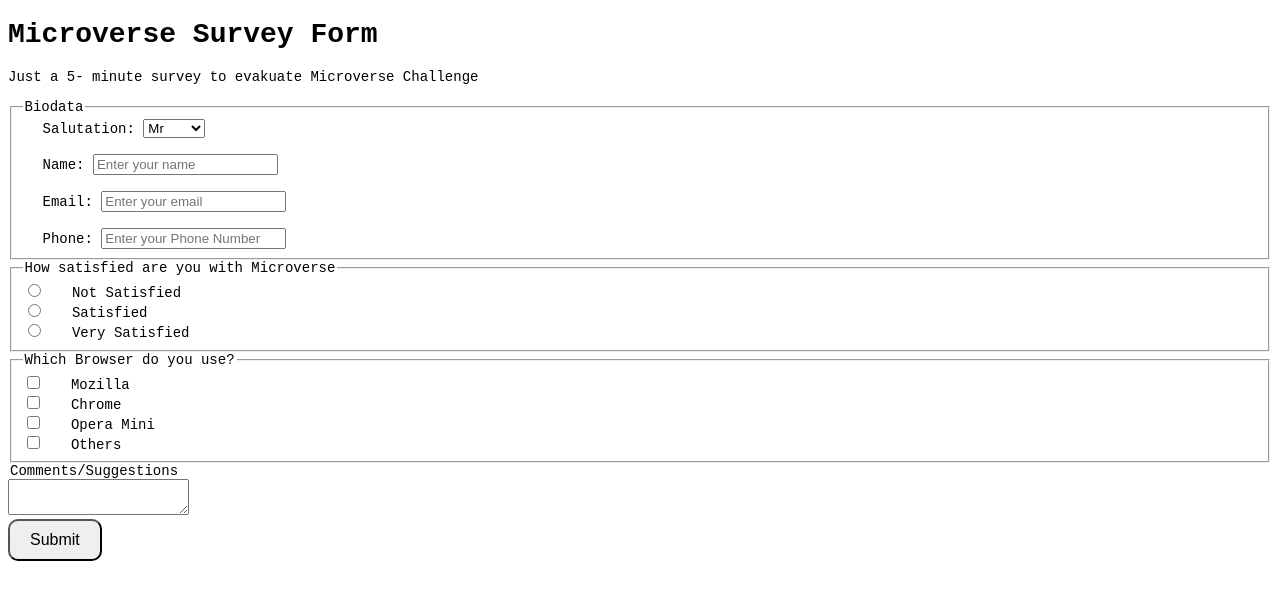
Repository: ahmedmeshref/Microverse-project
Page: index.html
The author's editor kept a copy of each file at every save. The page is drawn from the files as they stood at one save, then again after the next save.
The browser window is 1280 px wide. The pictures show the whole page.

Above is the page before, as saved 2019-03-29 15:55:47.

### index.html
<!DOCTYPE html>

<html lang="en">
<head>
 <meta charset="utf-8">
 <meta http-equiv="X-UA-Compatible" content="IE=edge">
 <link rel="stylesheet" href="./css/style.css" >
<title>Survey Form</title>
</head>
<body>
<h1 id="title">Microverse Survey Form</h1>
<p id="description">Just a 5- minute survey to evakuate Microverse Challenge</p>
<form action="submit" id="survey-form">
<fieldset>
    <legend>Biodata</legend>
    <label for="salutation" >Salutation: </label>
    <select id="dropdown">
        <option> Mr</option>
        <option> Mrs</option>
        <option> Miss</option>
        <option>Others</option>
    </select></br><br/>

    <label id="name-label" name="name" for="name">Name: </label>
    <input type="text" class"bio"   id="name-label" name="name" placeholder="Enter your name" required><br/><br/>

    <label id="email-label" for="email">Email: </label>
    <input type="email" class"bio" id="email-label" placeholder="Enter your email" required><br/><br/>

    <label id="phone-label"  for="phone-number">Phone: </label>
    <input type="tel" class"bio"  id="phone-label" placeholder="Enter your Phone Number" required min="6" max="20">
</fieldset>

<fieldset>
    <legend>How satisfied are you with Microverse</legend>
    <input type="radio"  name ="sat" value="Not Satisfied">
    <label for="ns">Not Satisfied</label><br/>

    <input type="radio" name ="sat" value="Satisfied">
    <label>Satisfied</label><br/>

    <input type="radio" name ="sat" value="Very Satisfied">
    <label>Very Satisfied</label><br/>
</fieldset>

<fieldset>
    <legend>Which Browser do you use?</legend>
    <input type="checkbox">
    <label>Mozilla</label><br/>

    <input type="checkbox">
    <label>Chrome</label><br/>

    <input type="checkbox">
    <label>Opera Mini</label><br/>

    <input type="checkbox">
    <label>Others</label>
</fieldset>
</fieldset>
    <legend id="cands">Comments/Suggestions</legend>
    <textarea name="message" width="15" height="10"></textarea>
</fieldset>
<div id="sub">
    <input type="submit" value="Submit" id="submit" >
</div><br/>
</form>
</body>
</html>

### css/style.css
body {
    /* margin: 0px;*/
    /*text-align: center;*/
    font-family: 'Courier New', Courier, monospace;
    font-size: 14px;
}

placeholder {
    /* padding: 50px;*/
    /* margin: 5px;*/
}

.bio {
    padding-left: 20px;
}

label {
    margin-left: 20px;
}

.dropdown {
    margin-right: 20px;
}

input[type="submit"] {
    padding: 10px 20px;
    border-radius: 10px;
    font-size: 16px;
}

After the next save:
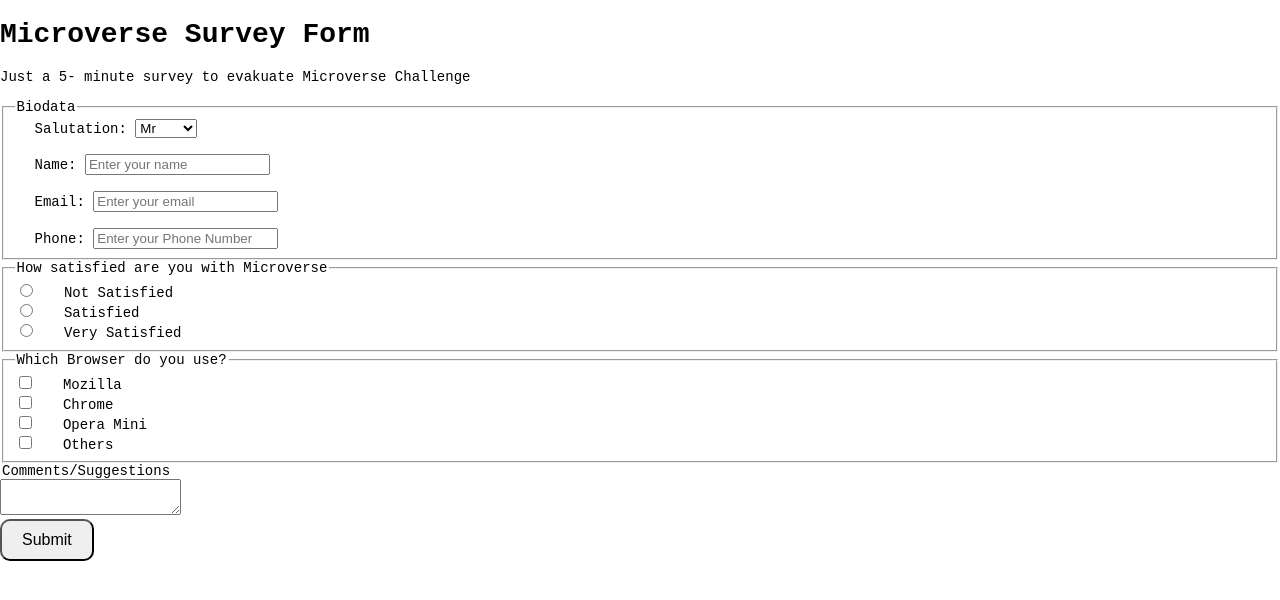
Saved 78 s later.
--- a/css/style.css
+++ b/css/style.css
@@ -1,5 +1,5 @@
 body {
-    /* margin: 0px;*/
+    margin: 0px;
     /*text-align: center;*/
     font-family: 'Courier New', Courier, monospace;
     font-size: 14px;
@@ -7,11 +7,11 @@
 
 placeholder {
     /* padding: 50px;*/
-    /* margin: 5px;*/
+    margin: 5px;
 }
 
 .bio {
-    padding-left: 20px;
+    paddin-left: 20px;
 }
 
 label {
